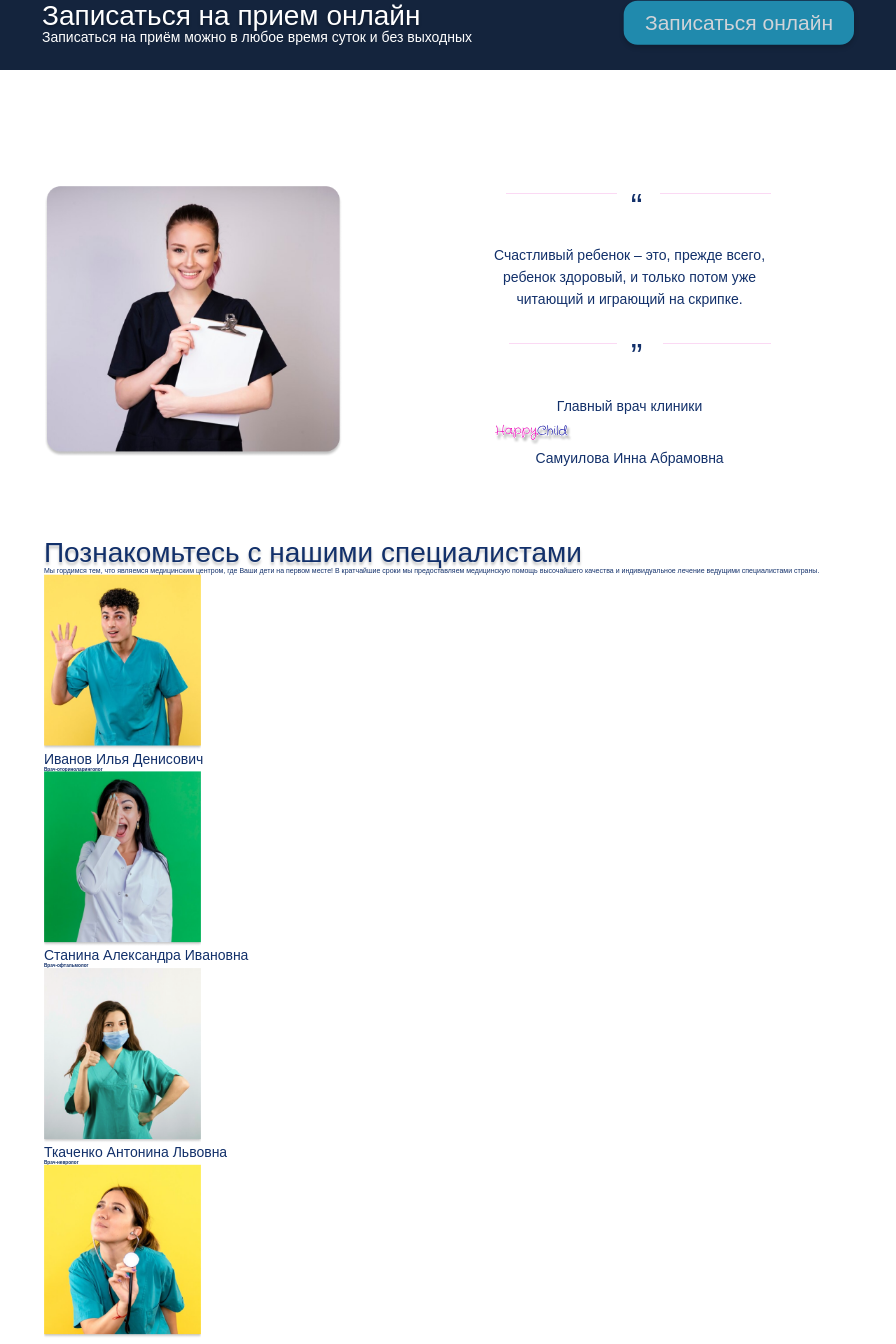
Repository: Normandy72/Landing-Page-Happy-Child
Page: index.html
The author's editor kept a copy of each file at every save. The page is drawn from the files as they stood at one save, then again after the next save.
The browser window is 1280 px wide. The pictures show the part of the page from y = 2700 to 4620 px (the page is 8120 px tall before and 8087 px after), at 70% of full size.
Some web fonts or font styles are not loaded; a fallback is used.

Above is the page before, as saved 2022-11-12 14:48:45.

After the next save:
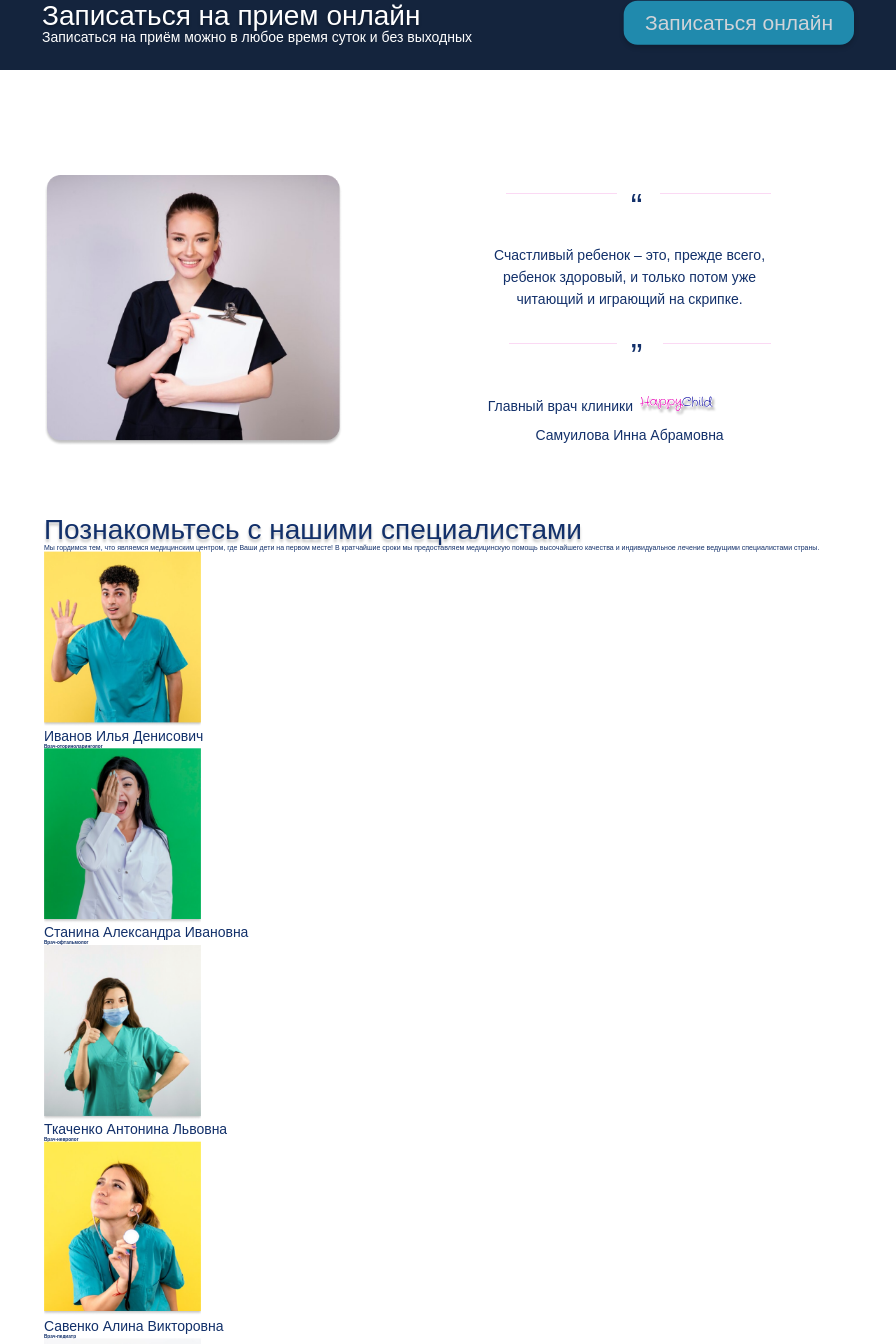
Saved 27 s later.
--- a/styles/section_chief.css
+++ b/styles/section_chief.css
@@ -48,6 +48,10 @@
     margin-top: 7px;
 }
 
+.chief__signature{
+    display: flex;
+}
+
 .chief__logo{
     width: 130px;
     height: 31px;
